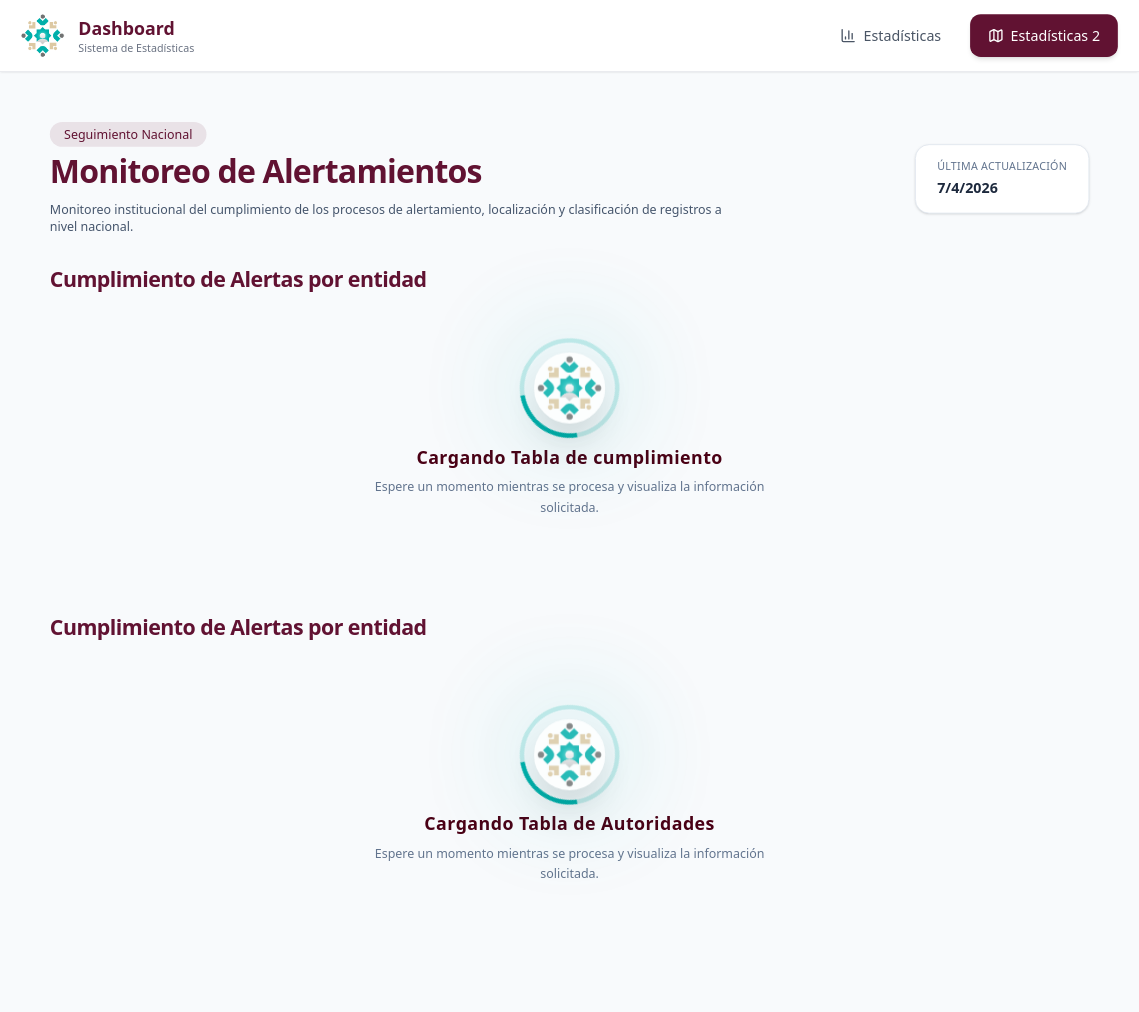
Repository: jesus890/semaforo-cinepolis
Page: /estadisticas-2
An editor plug-in stored every save of this project. The page is shown before and after the next save, followed by the edit.
The browser window is 1280 px wide. The pictures show the whole page, at 89% of full size.
The page's requests for data from a server got no answer. The project was rebuilt for these pictures with package versions that can differ from the ones it lists, and the page was loaded fresh each time. No one was signed in, and anything a server would have sent is missing. Also part of the build but not shown: vite.config.ts, src/components/Dashboard/Skeleton/SkeletonChart.tsx, src/components/Dashboard/matriz/AlertaMatriz.tsx, src/constants/colors.ts, src/components/Dashboard/charts/EdadChart.tsx, src/components/Dashboard/charts/EnfoqueChart.tsx, src/components/Dashboard/charts/SexoChart.tsx, src/pages/EstadisticaPage.tsx and 2 more.

Above is the page before, as saved 2026-06-05 16:24:03.

### index.html
<!doctype html>
<html lang="en">
  <head>
    <meta charset="UTF-8" />
    <link rel="icon" type="image/svg+xml" href="/favicon.svg" />
    <meta name="viewport" content="width=device-width, initial-scale=1.0" />
    <title>Estadistica Alertamiento | RNPNDO</title>
  </head>
  <body>
    <div id="root"></div>
    <script type="module" src="/src/main.tsx"></script>
  </body>
</html>

### src/App.tsx
import AppRouter from "./router/AppRouter";

function App() {
    return <AppRouter />;
}

export default App;

### src/router/AppRouter.tsx
import {BrowserRouter,Routes,Route,Navigate,} from "react-router-dom";

import DashboardLayout from "../layouts/DashboardLayout";
import EstadisticasPage from "../pages/EstadisticaPage";
import EstadisticasDosPage from "../pages/EstadisticasDosPage";



export default function AppRouter() {

    return (
        <BrowserRouter>
            <Routes>
                <Route path="/" element={<DashboardLayout/>}>
                    <Route index element={<Navigate to="/estadisticas"/>}/>
                    <Route path="estadisticas" element={<EstadisticasPage />}/>
                    <Route path="estadisticas-2" element={<EstadisticasDosPage />}/>
                </Route>
            </Routes>
        </BrowserRouter>
    );
}

### src/layouts/DashboardLayout.tsx
import { Outlet } from "react-router-dom";

import Header from "../components/Dashboard/navigation/Header";

export default function DashboardLayout() {

    return (
        <div className="min-h-screen bg-slate-50">
            <Header />
            <main className="p-6">
                <Outlet />
            </main>
        </div>

    );
}

### src/pages/EstadisticasDosPage.tsx
import { useEffect, useState } from "react";

import { GetTableAutoridades, GetTableCumplimiento } from "../services/dashboard.service";
import CumplimientoTable from "../components/Dashboard/Tables/CumplimientoTable";
import LoaderStyled from "../components/Dashboard/Loader/Loader";
import AutoridadesTable from "../components/Dashboard/Tables/AutoridadesTable";

export default function EstadisticasDosPage() {

    const [loadingTableCumplimiento, setLoadingTableCumplimiento] = useState<boolean>(true);
    const [loadingTableAutoridades, setLoadingTableAutoridades] = useState<boolean>(true);

    const [estadoSeleccionado, setEstadoSeleccionado] = useState(null);
    const [dataCumplimiento, setDataCumplimiento] = useState<any>(null);

    const [dataAutoridades, setDataAutoridades] = useState<any>(null);

    useEffect(() => {
        loadTableCumplimiento();
        loadTableAutoridades();
    }, []);

    const loadTableCumplimiento = async (estado?: string) => {
        try {

            setLoadingTableCumplimiento(true);

            const response = await GetTableCumplimiento(estado);
            setDataCumplimiento(response);
            setLoadingTableCumplimiento(false);

        } catch (error) {
            console.log("No se pudo obtener la información de tabla de cumplimiento");
        }
    }

    const loadTableAutoridades = async (estado?: string) => {
        try {

            setLoadingTableAutoridades(true);

            const response = await GetTableAutoridades(estado);
            setDataAutoridades(response);
            setLoadingTableAutoridades(false);

        } catch (error) {
            console.log("No se pudo obtener la información de tabla de autoridades");
        }
    }

    const handleEstadoClick = (estado: string) => {

        console.log(
            "Estado seleccionado:",
            estado
        );
        setDataCumplimiento(estado);
        loadTableCumplimiento(estado);
    };

    return (
        <>
            <div className="p-8">

                <div className="mb-8">
                    <div className="flex items-center justify-between">

                        <div>

                            <div className="mb-2 inline-flex items-center rounded-full bg-[#611232]/10 px-4 py-1 text-sm font-medium text-[#611232]">
                                Seguimiento Nacional
                            </div>

                            <h1 className="text-4xl font-bold tracking-tight text-[#611232]">
                                Monitoreo de Alertamientos
                            </h1>

                            <p className="mt-3 max-w-3xl text-sm text-slate-600">
                                Monitoreo institucional del cumplimiento de los procesos
                                de alertamiento, localización y clasificación de registros
                                a nivel nacional.
                            </p>

                        </div>

                        <div className="rounded-2xl border border-slate-200 bg-white px-6 py-4 shadow-sm">

                            <div className="text-xs uppercase tracking-wide text-slate-500">
                                Última actualización
                            </div>

                            <div className="mt-1 font-semibold text-slate-800">
                                {new Date().toLocaleDateString("es-MX")}
                            </div>

                        </div>

                    </div>

                </div>

                <div className="my-5 space-y-10">
                    <div>
                        <h1 className="text-2xl font-bold tracking-tight text-[#611232]">
                            Cumplimiento de Alertas por entidad
                        </h1>

                        {
                            loadingTableCumplimiento ? (
                                <LoaderStyled text="Cargando Tabla de cumplimiento" />
                            ) : (
                                <>
                                    <CumplimientoTable rows={dataCumplimiento} /* onEstadoClick={handleEstadoClick} */ />
                                </>

                            )
                        }

                    </div>

                    <div>

                        <h1 className="text-2xl font-bold tracking-tight text-[#611232] mb-5">
                            Cumplimiento de Alertas por entidad
                        </h1>

                        {
                            loadingTableAutoridades ? (
                                <LoaderStyled text="Cargando Tabla de Autoridades" />
                            ) : (
                                <>
                                    <AutoridadesTable rows={dataAutoridades} /* onEstadoClick={handleEstadoClick} */ />
                                </>

                            )
                        }
                    </div>
                </div>

            </div>
        </>
    );
}

### src/components/Dashboard/navigation/Header.tsx
import { NavLink } from "react-router-dom";

import { BarChart3, Map, } from "lucide-react";
import logoSystem from "../../../assets/CNB.png";

export default function Header() {

    const menu = [
        {
            label: "Estadísticas",
            icon: BarChart3,
            path: "/estadisticas",
        },
        {
            label: "Estadísticas 2",
            icon: Map,
            path: "/estadisticas-2",
        },
    ];

    return (

        <header className="sticky top-0 z-50 bg-white border-b border-gray-200 shadow-sm">

            <div className="h-20 px-6 flex items-center justify-between max-w-[1800px] mx-auto">

                {/* Logo */}
                <div className="flex items-center gap-4">

                    <img src={logoSystem} alt="Logo" className="h-12 w-auto object-contain" />

                    <div>

                        <h1 className="text-xl font-bold text-[#611232]">
                            Dashboard
                        </h1>

                        <p className="text-xs text-gray-500">
                            Sistema de Estadísticas
                        </p>

                    </div>

                </div>

                {/* Menú */}
                <nav className="flex items-center gap-3">

                    {menu.map((item) => {

                        const Icon = item.icon;

                        return (

                            <NavLink
                                key={item.path}
                                to={item.path}
                                className={({
                                    isActive,
                                }) =>
                                    `
                                    flex
                                    items-center
                                    gap-2
                                    px-5
                                    py-3
                                    rounded-xl
                                    font-medium
                                    transition-all

                                    ${isActive
                                        ? "bg-[#611232] text-white shadow-md"
                                        : "text-gray-600 hover:bg-gray-100"
                                    }
                                `
                                }
                            >

                                <Icon
                                    size={18}
                                />

                                {item.label}

                            </NavLink>
                        );
                    })}

                </nav>

            </div>

        </header>
    );
}

### src/components/Dashboard/Loader/Loader.tsx
import imageCNB from "../../../assets/CNB.png";

interface LoaderProps {
    text?: string;
}

export default function LoaderStyled({text = "Cargando información..."}: LoaderProps) {
    return (
        <div
            className="w-full h-full min-h-[320px] flex flex-col justify-center items-center gap-6 px-6 py-10"
        >
            <div className="relative flex items-center justify-center">
                <div
                    className="absolute w-32 h-32 rounded-full bg-[#00AFAA]/20 blur-3xl animate-pulse"
                />

                <div
                    className="absolute w-28 h-28 rounded-full border-[5px] border-[#00AFAA]/20 border-t-[#00AFAA] animate-spin"
                />

                <div
                    className="relative w-20 h-20 rounded-full overflow-hidden bg-white shadow-2xl border-4 border-white animate-pulse"
                >
                    <img
                        src={imageCNB}
                        alt="Loader"
                        className="object-cover"
                    />
                </div>
            </div>

            <div className="text-center space-y-2">
                <h3
                    className="text-lg sm:text-xl font-black text-[#4A0015] tracking-wide"
                >
                    {text}
                </h3>

                <p
                    className="text-sm text-slate-500 max-w-md leading-relaxed"
                >
                    Espere un momento mientras se procesa y
                    visualiza la información solicitada.
                </p>
            </div>
        </div>
    );
}

### src/services/dashboard.service.ts
import { apiRequest } from "../lib/api";
import { axiosInstance } from "../lib/axios";

export const GetEntidadesByAlertaTable = () =>
    apiRequest<any>(
        axiosInstance.get(`/api/Alertas`)
    );

export const GetEntidadesByAlertaTableEstado = (idEstado: any) =>
    apiRequest<any>(
        axiosInstance.get(`/api/Alertas/alertas-entidad`, {
            params: {
                idEstado,
            },
        })
    );

export const GetTotalesIncremento = (idEstado: any) =>
    apiRequest<any>(
        axiosInstance.get(`/api/Alertas/incremento-desaparecidos`, {
            params: {
                idEstado,
            },
        })
    );

export const GetTableCumplimiento = (estado: any) =>
    apiRequest<any>(
        axiosInstance.get(`/api/Fichas/estadistica-rnpdno-alerta`, {
            params: {
                estado,
            },
        })
    );

export const GetTableAutoridades = (estado: any) =>
    apiRequest<any>(
        axiosInstance.get(`/api/Fichas/estadistica-rnpdno-alerta-canalizacion`, {
            params: {
                estado,
            },
        })
    );

### src/lib/api.ts
import axios from "axios";

export async function apiRequest<T>(
  promise: Promise<{ data: T }>
): Promise<T> {
  try {
    const { data } = await promise;
    return data;
  } catch (error) {
    if (axios.isAxiosError(error)) {
      const response = error.response;

      const message =
        response?.data?.message ||
        response?.data?.error ||
        response?.data?.msg ||
        "Error en la petición";

      throw new Error(message);
    }

    throw new Error("Error inesperado");
  }
}

### src/lib/axios.ts
import axios from "axios";

export const axiosInstance = axios.create({
  baseURL: import.meta.env.VITE_API_URL,
});

Loaded but not shown: src/main.tsx (common file); src/index.css (common file)

After the next save:
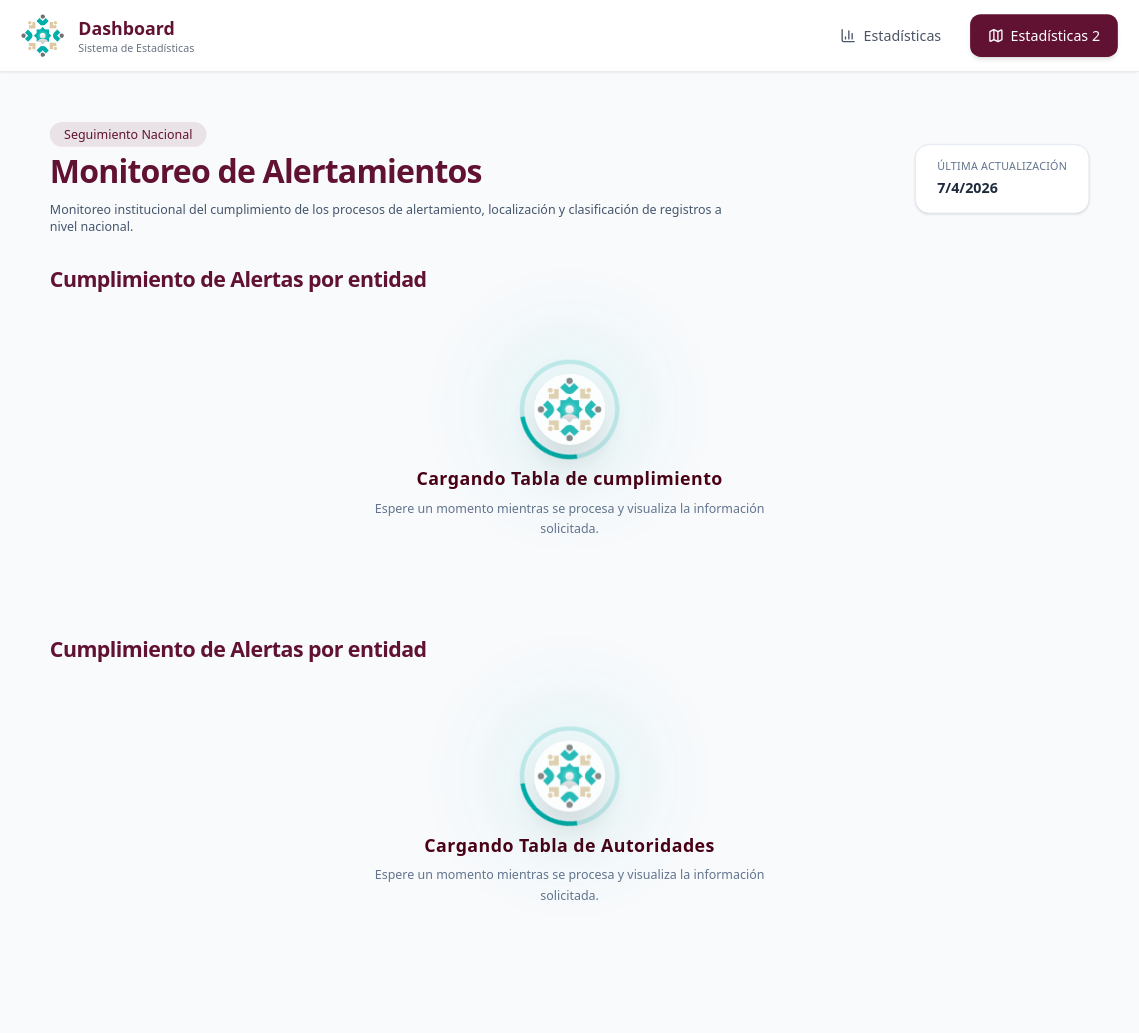
Saved 14 s later.
--- a/src/pages/EstadisticasDosPage.tsx
+++ b/src/pages/EstadisticasDosPage.tsx
@@ -101,7 +101,7 @@ export default function EstadisticasDosPage() {
 
                 <div className="my-5 space-y-10">
                     <div>
-                        <h1 className="text-2xl font-bold tracking-tight text-[#611232]">
+                        <h1 className="text-2xl font-bold tracking-tight text-[#611232] mb-6">
                             Cumplimiento de Alertas por entidad
                         </h1>
 
